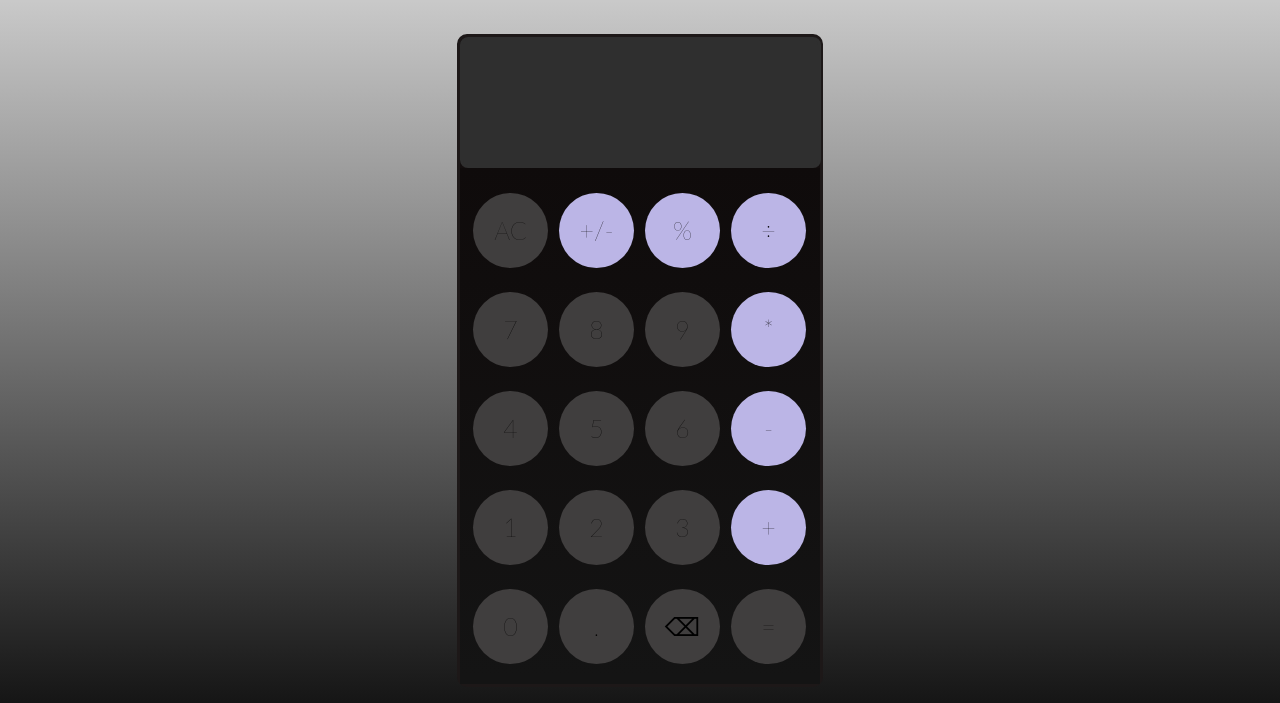
Repository: MhlengiNgubane/BrainnestJsTwo
Page: index.html
An editor plug-in stored every save of this project. The page is shown before and after the next save, followed by the edit.
The browser window is 1280 px wide. The pictures show the whole page.

Above is the page before, as saved 2022-09-12 09:55:24.

After the next save:
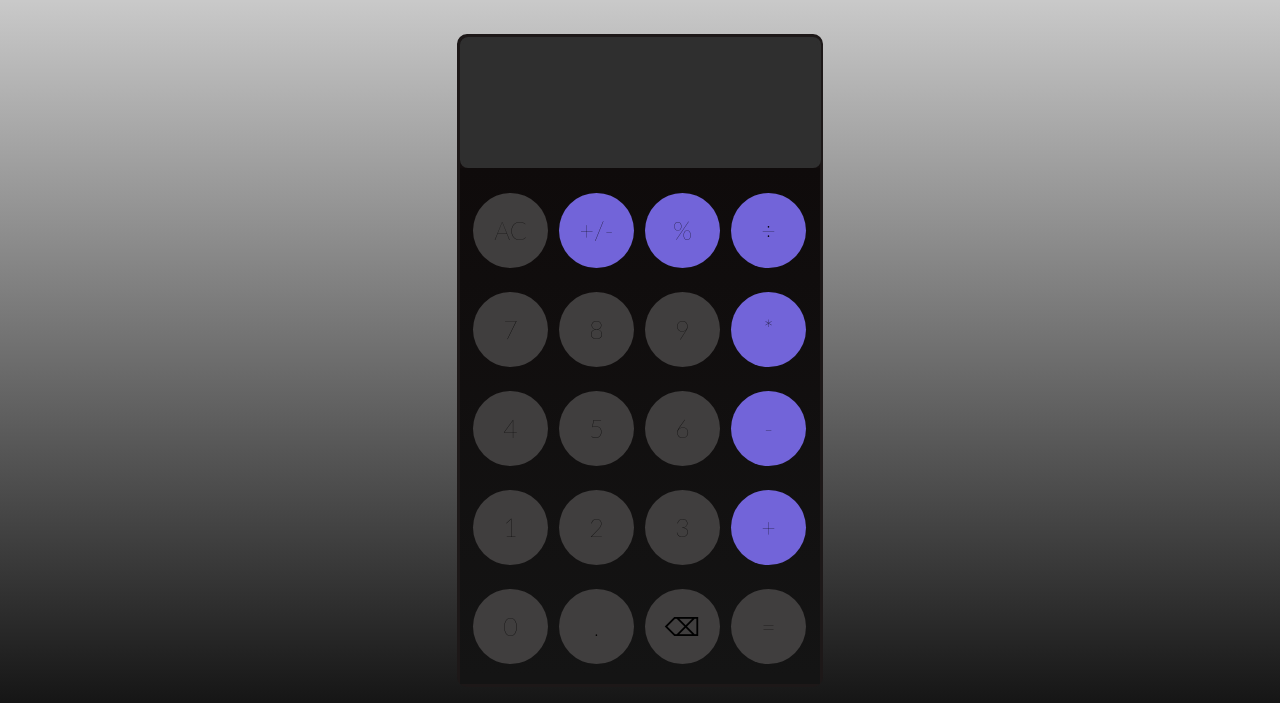
Saved 11 s later.
--- a/style.css
+++ b/style.css
@@ -67,5 +67,5 @@ button{
 }
 
 .oper {
-    background-color: #bbb5e6;
+    background-color: #7264d9;
 }
